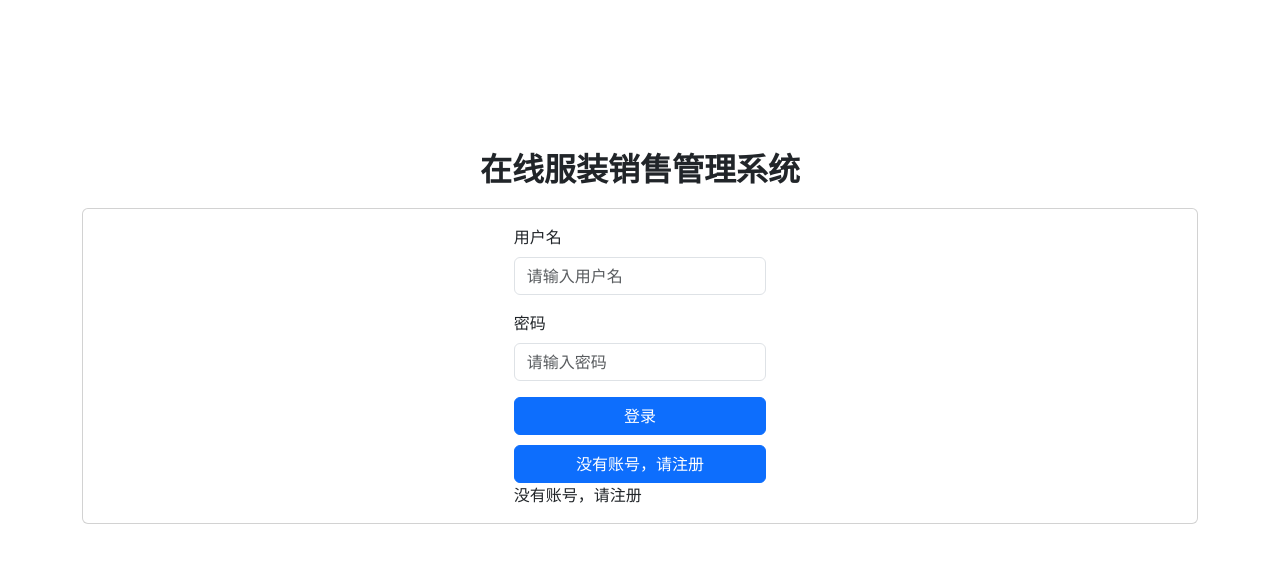
Repository: squawktop/CFS
Page: / (app in web/)
These files come from the project's save history. The page is drawn as it stood at one moment and after a run of saves; the edit follows.
The browser window is 1280 px wide. The pictures show the whole page.
The project was rebuilt for these pictures with package versions that can differ from the ones it lists, and the page was loaded fresh each time. Also part of the build but not shown: web/vue.config.js, web/src/views/RegisterView.vue, web/src/components/NavBar.vue, web/src/views/HomeView.vue, web/src/views/UsersManageView.vue, web/src/views/PersonalCenterView.vue, web/src/views/GoodsManageView.vue, web/src/views/OrdersManageView.vue and 1 more.

Above is the page before, as saved 2024-03-23 18:01:29.

### web/src/App.vue
<template>
  <RouterView></RouterView>
</template>

<script>


// 导入bootstrap
import "bootstrap/dist/css/bootstrap.min.css"
import "bootstrap/dist/js/bootstrap"
// import { ref } from "vue";

// import $ from 'jquery';
export default {
  components: {

  }
  ,
  setup() {
    // const user_id = ref("");
    // const username = ref("");
    // const password = ref("");

    // $.ajax({
    //   type: "get",
    //   url: "http://127.0.0.1:3000/user/getlist",
    //   success(resp) {
    //     user_id.value = resp[0].id;
    //     username.value = resp[0].username;
    //     password.value = resp[0].password;

    //   },
    //   error() {
    //     this.user_id = "error"
    //   }
    // })




    return {

    }
  }

}

</script>

<style></style>

### web/src/router/index.js
import { createRouter, createWebHistory } from 'vue-router'
// import HomeView from '../views/HomeView.vue'
import LoginView from '../views/LoginView.vue'
import RegisterView from '../views/RegisterView.vue'
import HomeView from '../views/HomeView.vue'
import UsersManageView from '../views/UsersManageView.vue'
import PersonalCenterView from '../views/PersonalCenterView.vue'
import GoodsManageView from '../views/GoodsManageView.vue'
import OrdersManageView from '../views/OrdersManageView.vue'
import NotFound from '../views/NotFoundView.vue'
import store from '@/store/index'

const routes = [
  {
    path: '/',
    name: 'home',
    component: HomeView,
    // redirect: "/user/register",
    meta: { //该页面是否需要授权      //随便写， 也可以设置为   flag : true;
      requestAuth: true,
    }
  },

  {
    path: '/user/login',
    name: 'user_login',
    component: LoginView,
    meta: {
      requestAuth: false,
    }
  },

  {
    path: '/user/register',
    name: 'user_register',
    component: RegisterView,
    meta: { //该页面是否需要授权
      requestAuth: false,
    }
  },
  {
    path: '/user/personalcenter',
    name: 'personal_center',
    component: PersonalCenterView,
    meta: { //该页面是否需要授权
      requestAuth: true,
    }
  },

  {
    path: '/user/usermanage',
    name: 'user_manage',
    component: UsersManageView,
    meta: { //该页面是否需要授权
      requestAuth: true,
    }
  }
  ,
  {
    path: '/goods/manage',
    name: 'goods_manage',
    component: GoodsManageView,
    meta: { //该页面是否需要授权
      requestAuth: true,
    }
  }, {
    path: '/orders/manage',
    name: 'orders_manage',
    component: OrdersManageView,
    meta: { //该页面是否需要授权
      requestAuth: true,
    }
  },


  {
    path: "/404/",
    name: "404",
    component: NotFound
  },
  {
    path: "/:catchAll(.*)",
    redirect: "/404/",  //页面重定向到404
  }
]

const router = createRouter({
  history: createWebHistory(),
  routes
})

router.beforeEach((to, from, next) => {
  if (to.meta.requestAuth && !store.state.user.is_login) {
    next({ name: "user_login" });
  } else {
    next();
  }
})

export default router

### web/src/store/index.js
import { createStore } from 'vuex'
import ModuleUser from '@/store/user'

export default createStore({
  state: {
  },
  getters: {
  },
  mutations: {
  },
  actions: {
  },
  modules: {
    user: ModuleUser,
  }
})

### web/src/views/LoginView.vue
<template style="background-color: green;">
    <div class="background">
        <h2>在线服装销售管理系统</h2>
        <ContentField v-if="!$store.state.user.pulling_info">
            <div class="row justify-content-md-center">
                <div class="col-3">
                    <form @submit.prevent="login">
                        <div class="mb-3">
                            <label for="username" class="form-label">用户名</label>
                            <input v-model="username" type="text" class="form-control" id="username"
                                placeholder="请输入用户名" />
                        </div>
                        <div class="mb-3">
                            <label for="password" class="form-label">密码</label>
                            <input v-model="password" type="password" class="form-control" id="password"
                                placeholder="请输入密码" />
                        </div>
                        <div class="error-message">{{ error_message }} </div>
                        <button type="submit" class="btn btn-primary">登录</button>
                        <button type="button" class="btn btn-primary" style="margin-top: 10px"
                            @click="registerview">没有账号，请注册</button>
                        <span style="">没有账号，请注册</span>

                    </form>
                </div>
            </div>
        </ContentField>
    </div>

</template>

<script>
import ContentField from "@/components/ContentField.vue";
import { useStore } from "vuex"
import { ref } from "vue"
import router from "@/router/index";

export default {
    components: {
        ContentField,
    },
    setup() {
        const store = useStore();
        let username = ref('');
        let password = ref('');
        let error_message = ref('');


        const jwt_token = localStorage.getItem("jwt_token");
        if (jwt_token) {
            store.commit("updateToken", jwt_token);
            store.dispatch("getinfo", {
                success() {
                    router.push({ name: "home" });
                    store.commit("updatePullingInfo", false);
                }, error() {
                    store.commit("updatePullingInfo", false);
                }
            })
        } else {
            store.commit("updatePullingInfo", false);
        }




        const login = () => {
            error_message.value = "";
            store.dispatch("login", {
                username: username.value,
                password: password.value,
                success() {
                    store.dispatch("getinfo", {
                        success() {
                            router.push({ name: 'home' });
                        }
                    })

                },
                error() {
                    error_message.value = "用户名或密码错误";
                }
            })
        }

        const registerview = () => {
            router.push({ name: "user_register" });
        }

        return {
            username,
            password,
            error_message,
            login,
            registerview,

        }
    }
};
</script>



<style scoped>
h2 {
    text-align: center;
    margin-top: 150px;
    font-weight: bold;
}

button {
    width: 100%;
}

div.error-message {
    color: red;
}
</style>

### web/src/store/user.js
import router from '@/router';
import $ from 'jquery'
export default {
    state: {
        id: "",
        username: "",
        photo: "",
        token: "",
        is_login: false,
        pulling_info: true,
    },
    getters: {
    },
    mutations: {        //一般是用来修改数据的
        updateUser(state, user) {
            state.id = user.id;
            state.username = user.username;
            state.photo = user.photo;
            state.is_login = user.is_login;
        },
        updateToken(state, token) {
            state.token = token;
        },
        logout(state) {
            state.id = "";
            state.username = "";
            state.photo = "";
            state.token = "";
            state.is_login = false;
            router.push({ name: "user_login" });
        },
        updatePullingInfo(state, pulling_info) {
            state.pulling_info = pulling_info;
        },
    },

    actions: {

        login(context, data) {
            $.ajax({
                url: "http://127.0.0.1:3000/api/user/account/token/",
                type: "post",
                data: {
                    username: data.username,
                    password: data.password,
                },
                success(resp) {
                    if (resp.error_message === "success") {
                        localStorage.setItem("jwt_token", resp.token);
                        context.commit("updateToken", resp.token);
                        data.success(resp);
                    } else {
                        data.error(resp);
                    }
                },
                error(resp) {
                    data.error(resp)
                },
            });
        },
        getinfo(context, data) {
            $.ajax({
                url: "http://127.0.0.1:3000/api/user/account/info/",
                type: "get",
                headers: {
                    Authorization:
                        "Bearer " + context.state.token,
                },
                success(resp) {
                    if (resp.error_message === "success") {
                        // console.log(resp);
                        context.commit("updateUser", {
                            ...resp,
                            is_login: true,

                        });
                        data.success(resp);
                    } else {
                        data.success(resp);
                    }

                },
                error(resp) {
                    data.error(resp);
                },
            });

        },
        logout(context) {
            localStorage.removeItem("jwt_token");
            context.commit("logout")
        }
    },
    modules: {
    }
}

### web/src/components/ContentField.vue
<template>
    <div class="container content-field">
        <div class="card">
            <div class="card-body">
                <slot></slot>
            </div>
        </div>
    </div>
</template>

<script>
</script>

<style scoped>
div.content-field {
    margin-top: 20px;
}
</style>

Loaded but not shown: web/public/index.html (common file); web/src/main.js (common file)

After the next 4 saves:
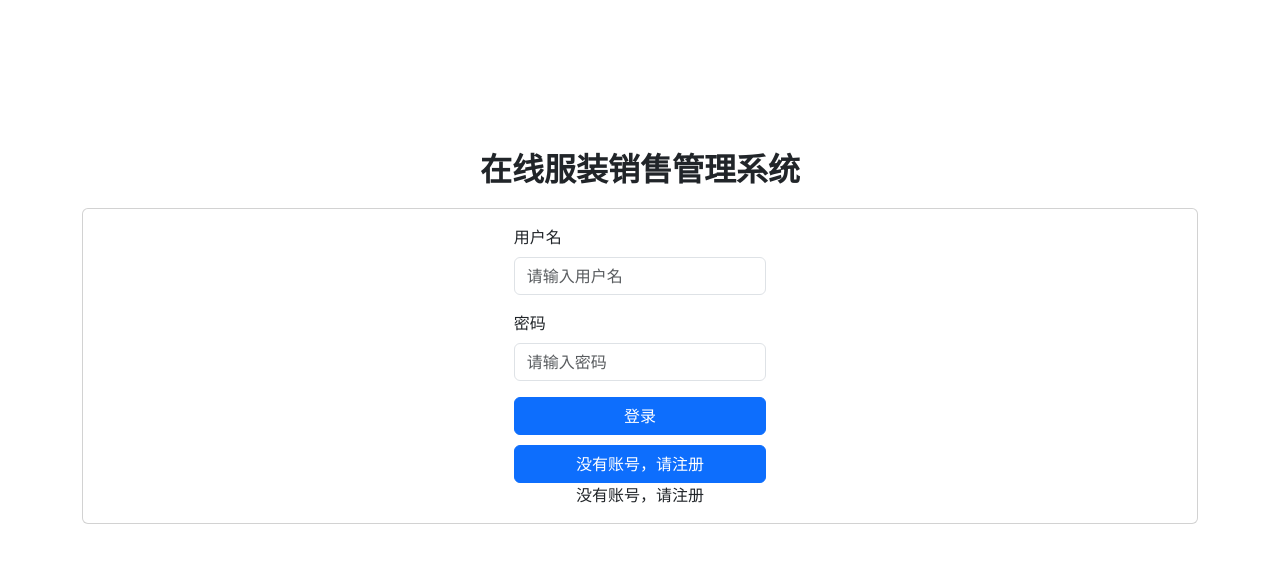
The 4 saves are shown as one change because they came seconds apart.
The last was saved 34 s later.
--- a/web/src/views/LoginView.vue
+++ b/web/src/views/LoginView.vue
@@ -19,7 +19,7 @@
                         <button type="submit" class="btn btn-primary">登录</button>
                         <button type="button" class="btn btn-primary" style="margin-top: 10px"
                             @click="registerview">没有账号，请注册</button>
-                        <span style="">没有账号，请注册</span>
+                        <div style="text-align: center">没有账号，请注册</div>
 
                     </form>
                 </div>
